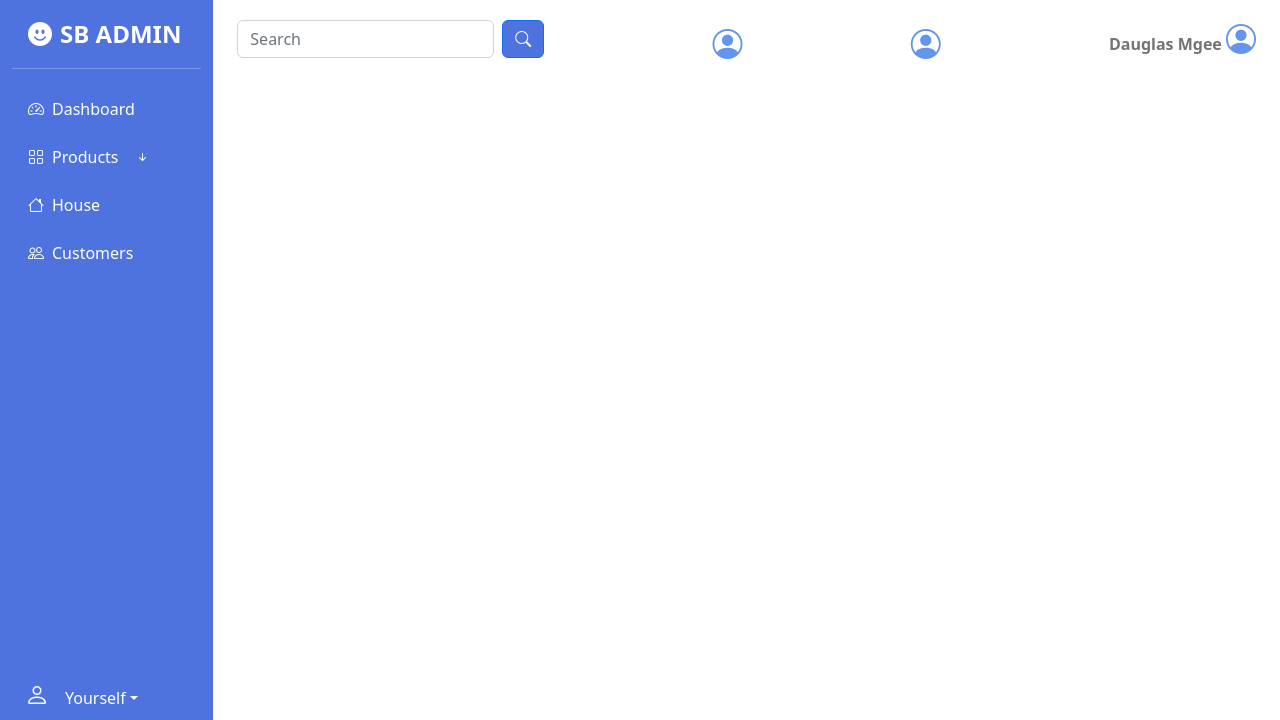
Repository: iqbalaamir/dashboard
Page: /
These files come from the project's save history. The page is drawn as it stood at one moment and after the next save; the edit follows.
The browser window is 1280 px wide. The pictures show the whole page.
The project was rebuilt for these pictures with package versions that can differ from the ones it lists, and the page was loaded fresh each time. Also part of the build but not shown: src/App.css.

Above is the page before, as saved 2023-04-24 18:02:35.

After the next save:
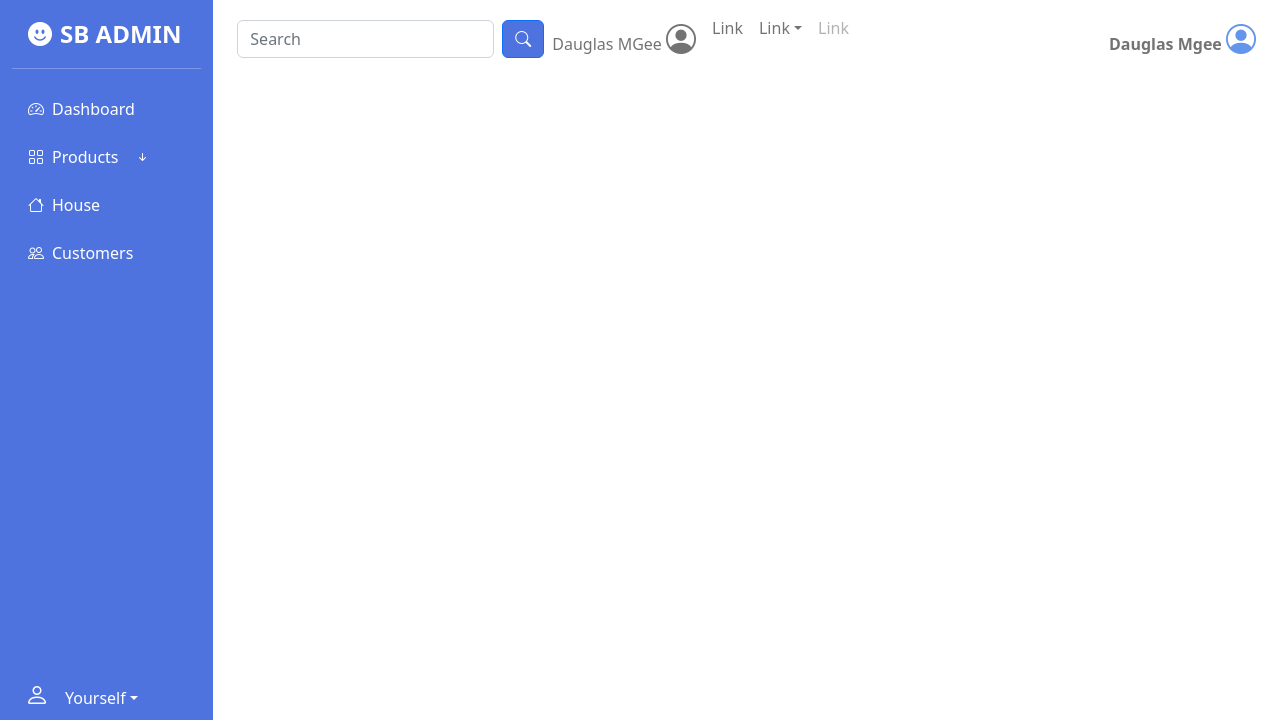
Saved 37 s later.
--- a/src/components/NavbarComponent.js
+++ b/src/components/NavbarComponent.js
@@ -56,12 +56,30 @@ function NavbarComponent() {
           </Form>
 
         <Navbar.Toggle />
-        <Navbar.Collapse className="justify-content-end">
-        <i class="bi bi-person-circle" style={{fontSize: 30,marginTop:10, color: "cornflowerblue"}}></i>
-        </Navbar.Collapse>
-        <Navbar.Collapse className="justify-content-end">
-        <i class="bi bi-person-circle" style={{fontSize: 30,marginTop:10, color: "cornflowerblue"}}></i>
-        </Navbar.Collapse>
+        <Nav
+            className="me-auto my-2 my-lg-0"
+            style={{ maxHeight: "100px" }}
+            navbarScroll
+          >
+            <Nav.Link href="#action1" className="justify-content-end">
+              {" "}
+            <span>Dauglas MGee</span>  <i class="bi bi-person-circle" style={{fontSize:30}}></i>
+            </Nav.Link>
+            <Nav.Link href="#action2">Link</Nav.Link>
+            <NavDropdown title="Link" id="navbarScrollingDropdown">
+              <NavDropdown.Item href="#action3">Action</NavDropdown.Item>
+              <NavDropdown.Item href="#action4">
+                Another action
+              </NavDropdown.Item>
+              <NavDropdown.Divider />
+              <NavDropdown.Item href="#action5">
+                Something else here
+              </NavDropdown.Item>
+            </NavDropdown>
+            <Nav.Link href="#" disabled>
+              Link
+            </Nav.Link>
+          </Nav>
         <Navbar.Collapse className="justify-content-end">
           <Navbar.Text>
             {/* Signed in as: <a href="#login">Mark Otto</a> */}
